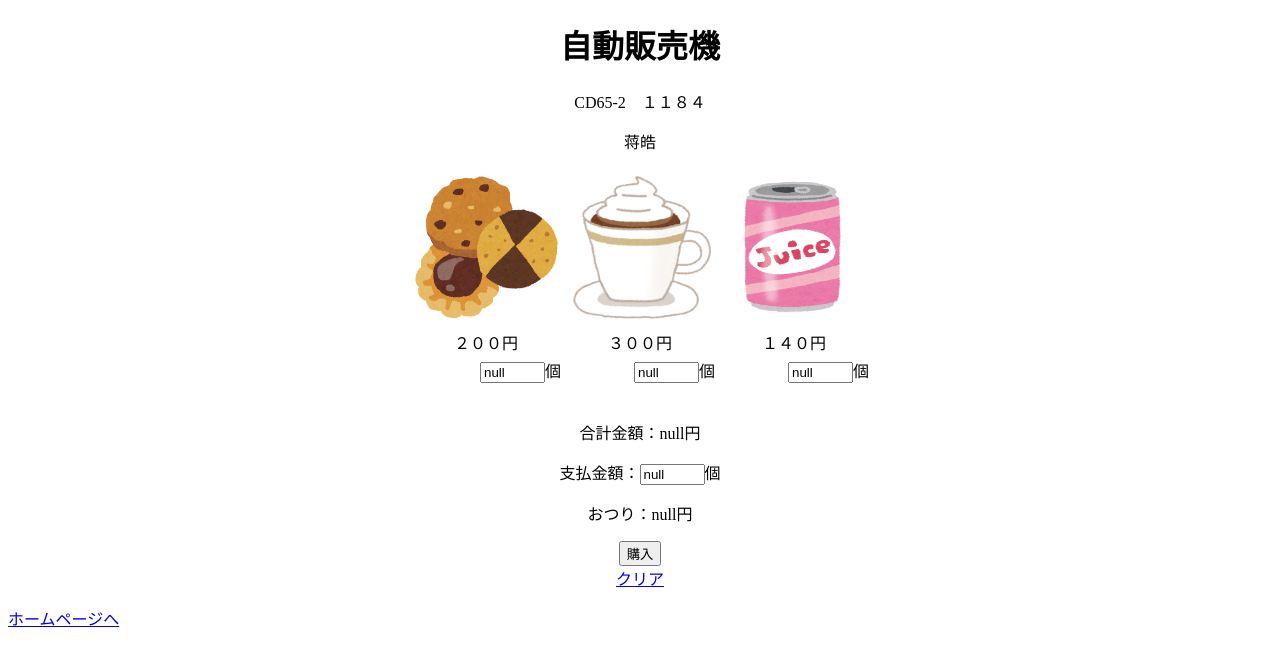
Repository: jh0612/2021_Azure_study
Page: http://localhost/Myproj2/jihanki.jsp
These files come from the project's save history. The page is drawn as it stood at one moment and after the next save; the edit follows.
The browser window is 1280 px wide. The pictures show the whole page.
The page is served by Tomcat 9. The template is opened directly, without the code that normally fills it, so the values that code supplies are empty.

Above is the page before, as saved 2021-12-08 07:17:31.
Console error: SyntaxError: Invalid or unexpected token

After the next save:
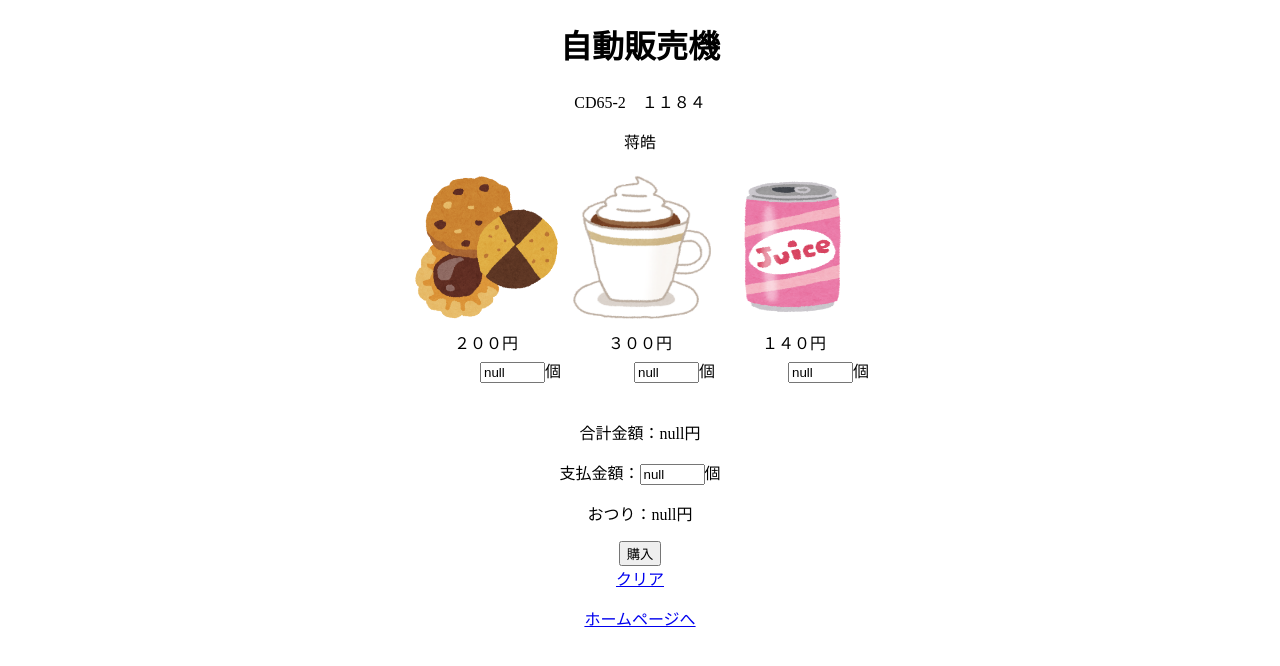
Saved 32 s later.
--- a/Demoforme/Myproj2/src/main/webapp/jihanki.jsp
+++ b/Demoforme/Myproj2/src/main/webapp/jihanki.jsp
@@ -75,6 +75,6 @@
       <!--&nbsp; &nbsp;&nbsp; -->
       <a href="ClearServlet">クリア</a>
       </div>
-    <p><a href="index.htm">ホームページへ</a>
+    <p style="text-align: center;"><a href="index.htm">ホームページへ</a>
   </body>
 </html>
